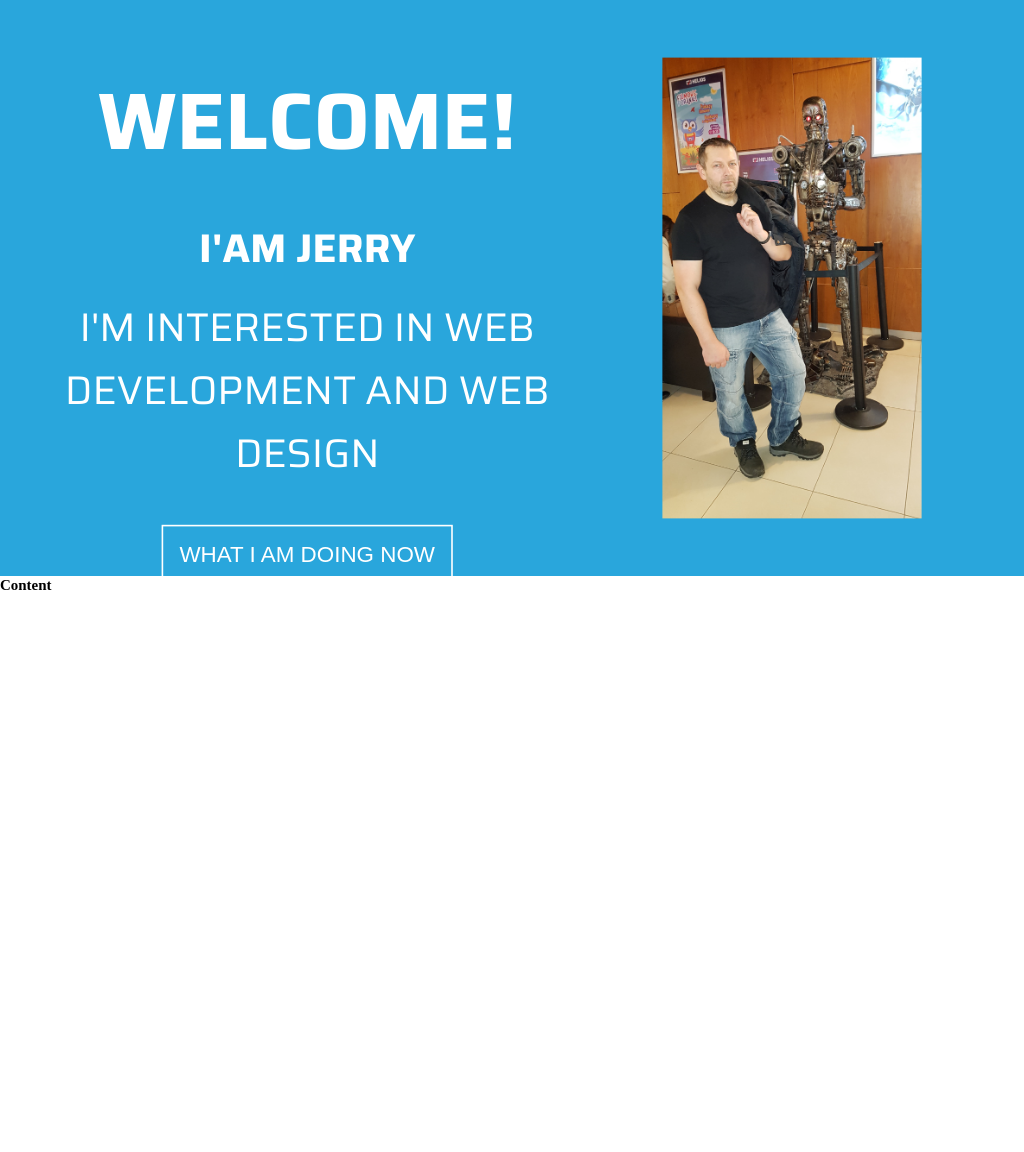
Repository: navanweb/dev
Page: jerry.html
These files come from the project's save history. The page is drawn as it stood at one moment and after the next save; the edit follows.
The browser window is 1280 px wide. The pictures show the whole page, at 80% of full size.

Above is the page before, as saved 2019-04-06 23:23:07.

After the next save:
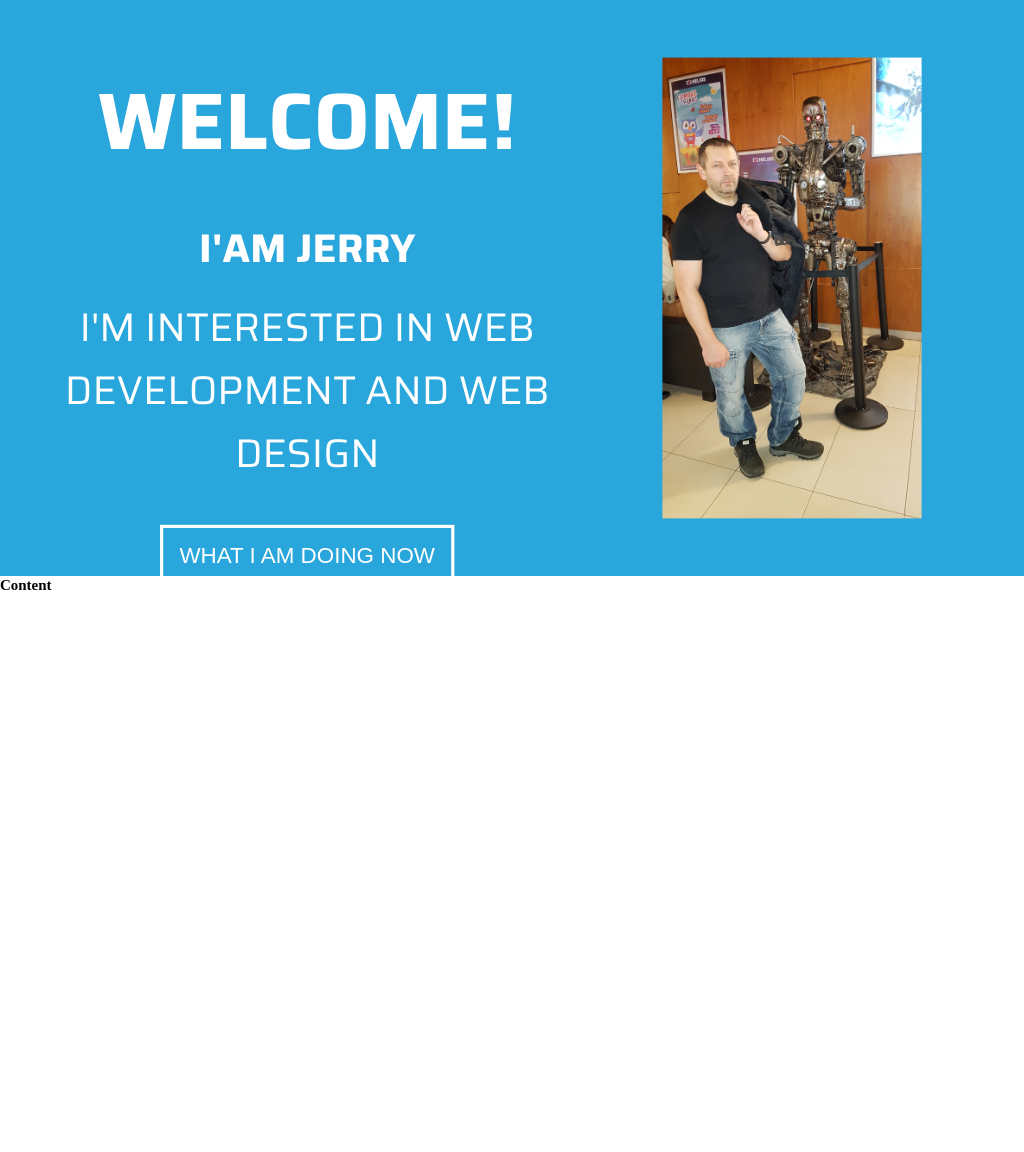
Saved 119 s later.
--- a/css/jerry.css
+++ b/css/jerry.css
@@ -235,6 +235,7 @@
         margin-top: 50px;
         font-size: 28px;
         line-height: 70px;
+        border-width: 4px;
     }
 
     header img {
